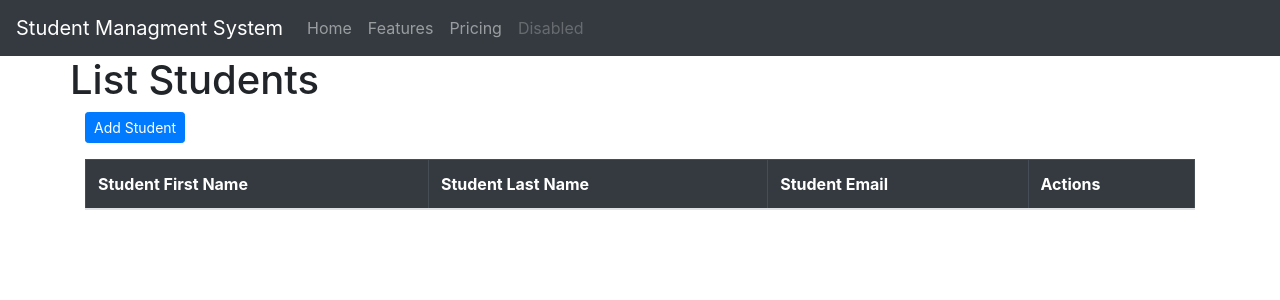
Repository: ahmedalimouhamed/springboot-projects
Page: http://localhost/students
These files come from the project's save history. The page is drawn as it stood at one moment and after the next save; the edit follows.
The browser window is 1280 px wide. The pictures show the whole page.
The page is this project's Thymeleaf template; nobody is signed in. The template is opened directly, without the code that normally fills it, so the values that code supplies are empty.

Above is the page before, as saved 2023-08-11 16:49:06.

After the next save:
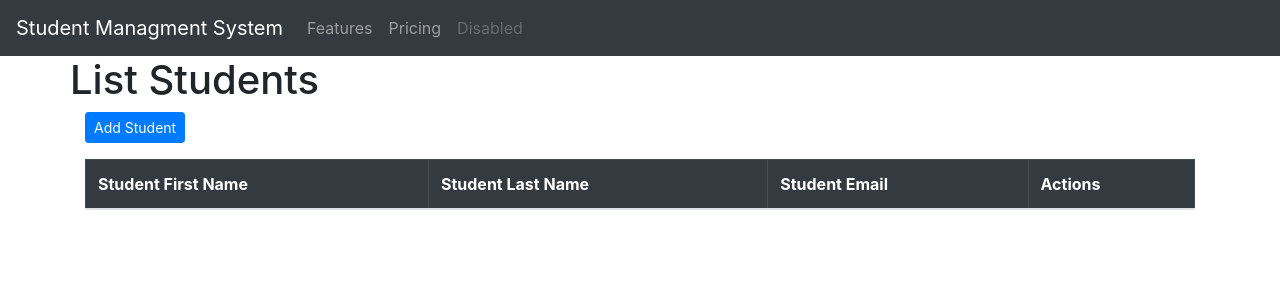
Saved 11 s later.
--- a/student-managment-system/src/main/resources/templates/students.html
+++ b/student-managment-system/src/main/resources/templates/students.html
@@ -18,9 +18,6 @@
 		</button>
 		<div class="collapse navbar-collapse" id="navbarNav">
 			<ul class="navbar-nav">
-				<li class="nav-item"><a class="nav-link" href="#">Home
-						<span class="sr-only">(current)</span>
-				</a></li>
 				<li class="nav-item"><a class="nav-link" href="#">Features</a>
 				</li>
 				<li class="nav-item"><a class="nav-link" href="#">Pricing</a></li>
